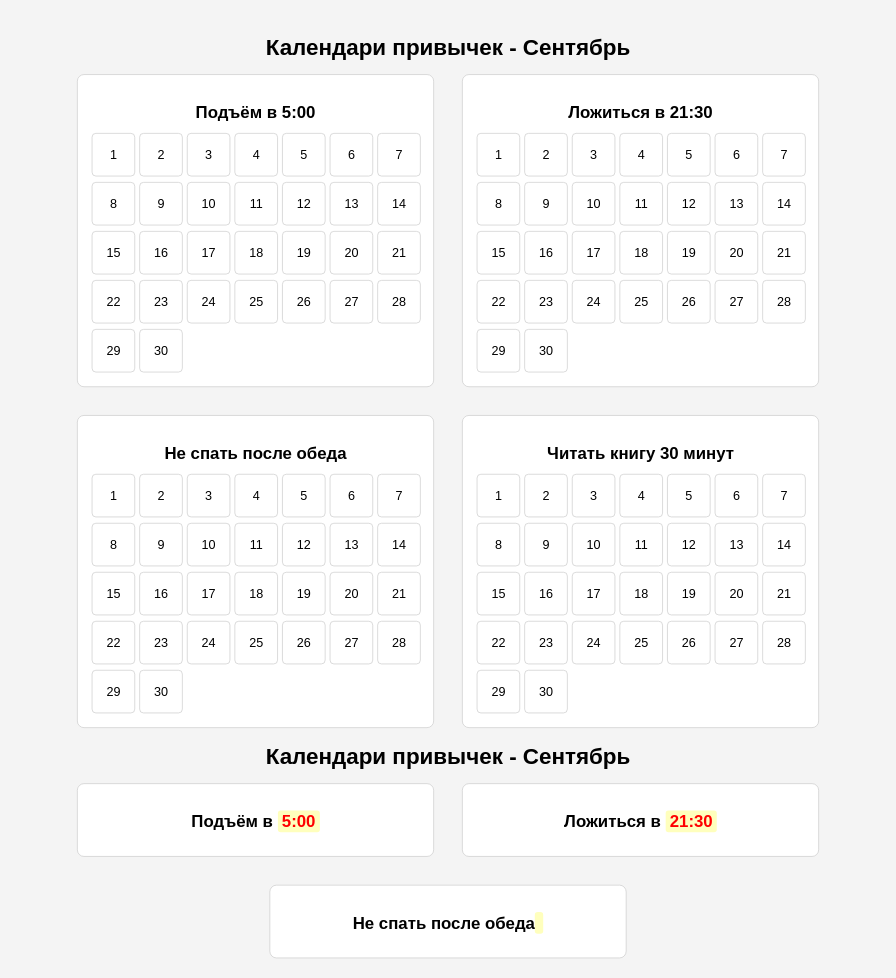
Repository: Pavel1776/doublecalendar
Page: index.html
These files come from the project's save history. The page is drawn as it stood at one moment and after the next save; the edit follows.
The browser window is 1280 px wide. The pictures show the whole page, at 70% of full size.

Above is the page before, as saved 2025-09-18 04:38:17.
Console error: SyntaxError: Identifier 'daysInSeptember' has already been declared

### index.html
<!DOCTYPE html>
<html lang="ru">

<head>
  <meta charset="UTF-8" />
  <meta name="viewport" content="width=device-width, initial-scale=1.0" />
  <title>Календари привычек</title>
  <link href="style.css" rel="stylesheet" />
</head>

<body>
  <h1>Календари привычек - Сентябрь</h1>

  <div class="calendars-container" id="calendars"></div>

  <script src="script.js"></script>
</body>

</html>
<!DOCTYPE html>
<html lang="ru">

<head>
  <meta charset="UTF-8" />
  <meta name="viewport" content="width=device-width, initial-scale=1.0" />
  <link href="style.css" rel="stylesheet" />
  <title>Календари привычек</title>
</head>

<body>

  <h1>Календари привычек - Сентябрь</h1>

  <div class="calendars-container">
    <!-- Первый календарь -->
    <div class="calendar">
      <h2>Подъём в <span class="highlight">5:00</span></h2>
      <div class="calendar-grid" id="calendar1"></div>
    </div>

    <!-- Второй календарь -->
    <div class="calendar">
      <h2>Ложиться в <span class="highlight">21:30</span></h2>
      <div class="calendar-grid" id="calendar2"></div>
    </div>
    <!-- Третий календарь -->
    <div class="calendar">
      <h2>Не спать после обеда <span class="highlight"></span></h2>
      <div class="calendar-grid" id="calendar3"></div>
    </div>
  </div>


  <script src="script.js"></script>
</body>

</html>

### style.css
body {
  font-family: Arial, sans-serif;
  background: #f4f4f4;
  display: flex;
  flex-direction: column;
  align-items: center;
  padding: 20px;
}

h1 {
  margin-bottom: 20px;
}

.calendars-container {
  display: flex;
  justify-content: center;
  gap: 40px;         /* расстояние между календарями */
  flex-wrap: wrap;    /* перенос, если не помещаются */
}

.calendar {
  background: #fff;
  border: 1px solid #ccc;
  border-radius: 10px;
  padding: 20px;
  text-align: center;
  min-width: 460px;
}

.calendar h2 {
  margin-bottom: 15px;
}

.calendar-grid {
  display: grid;
  grid-template-columns: repeat(7, 60px);
  gap: 8px;
}

.day {
  width: 60px;
  height: 60px;
  display: flex;
  align-items: center;
  justify-content: center;
  background: white;
  border: 1px solid #ccc;
  font-size: 18px;
  cursor: pointer;
  position: relative;
  user-select: none;
  border-radius: 6px;
}

/* ✔ зелёная галочка */
.day.success::after {
  content: "✔";
  color: white;
  background-color: rgba(0, 200, 0, 0.6);
  border-radius: 50%;
  width: 60px;
  height: 60px;
  display: flex;
  align-items: center;
  justify-content: center;
  font-size: 30px;
  position: absolute;
  top: 0;
  left: 0;
  pointer-events: none;
  font-family: Arial, sans-serif;
}

/* ✖ красный крестик */
.day.fail::after {
  content: "✖";
  color: rgba(255, 0, 0, 0.6);
  font-size: 40px;
  position: absolute;
  top: 50%;
  left: 50%;
  transform: translate(-50%, -50%);
  pointer-events: none;
  font-family: Arial, sans-serif;
}

.highlight {
  font-weight: bold;
  color: red;
  background-color: rgba(255, 255, 0, 0.26);
  padding: 2px 6px;
  border-radius: 4px;
}

### script.js
const daysInSeptember = 30;

// ✅ Список привычек — только названия!
const habits = [
  "Подъём в 5:00",
  "Ложиться в 21:30",
  "Не спать после обеда",
  "Читать книгу 30 минут"
];

// Функция для генерации ID на основе названия
function generateId(title) {
  return title.toLowerCase().replace(/\s+/g, "_");
}

// Функция рендеринга календаря
function renderCalendar(title) {
  const container = document.getElementById("calendars");

  // создаём блок календаря
  const calendarWrapper = document.createElement("div");
  calendarWrapper.classList.add("calendar");

  // заголовок
  const h2 = document.createElement("h2");
  h2.textContent = title;
  calendarWrapper.appendChild(h2);

  // сетка
  const grid = document.createElement("div");
  grid.classList.add("calendar-grid");
  calendarWrapper.appendChild(grid);

  container.appendChild(calendarWrapper);

  // уникальный ключ для localStorage
  const storageKey = generateId(title);
  let dayStatus = JSON.parse(localStorage.getItem(storageKey)) || {};

  // рендерим дни
  for (let i = 1; i <= daysInSeptember; i++) {
    const day = document.createElement("div");
    day.classList.add("day");
    day.textContent = i;

    if (dayStatus[i] === "success") day.classList.add("success");
    if (dayStatus[i] === "fail") day.classList.add("fail");

    day.addEventListener("click", () => {
      if (day.classList.contains("success")) {
        day.classList.remove("success");
        day.classList.add("fail");
        dayStatus[i] = "fail";
      } else if (day.classList.contains("fail")) {
        day.classList.remove("fail");
        delete dayStatus[i];
      } else {
        day.classList.add("success");
        dayStatus[i] = "success";
      }

      localStorage.setItem(storageKey, JSON.stringify(dayStatus));
    });

    grid.appendChild(day);
  }
}

// Рендерим все календари из списка habits
habits.forEach(title => renderCalendar(title));

After the next save:
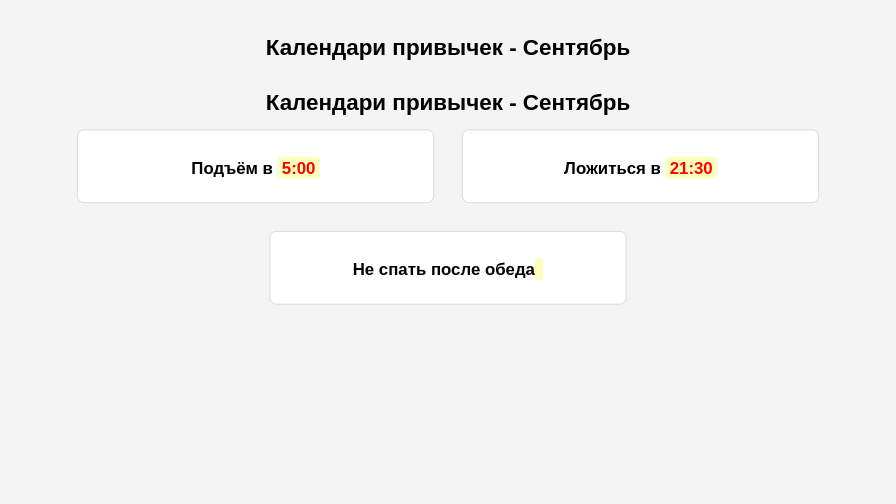
Console error: SyntaxError: Unexpected string
Saved 80 s later.
--- a/script.js
+++ b/script.js
@@ -5,6 +5,7 @@
   "Подъём в 5:00",
   "Ложиться в 21:30",
   "Не спать после обеда",
+  "Читать книгу 30 минут"
   "Читать книгу 30 минут"
 ];
 

After the save that followed:
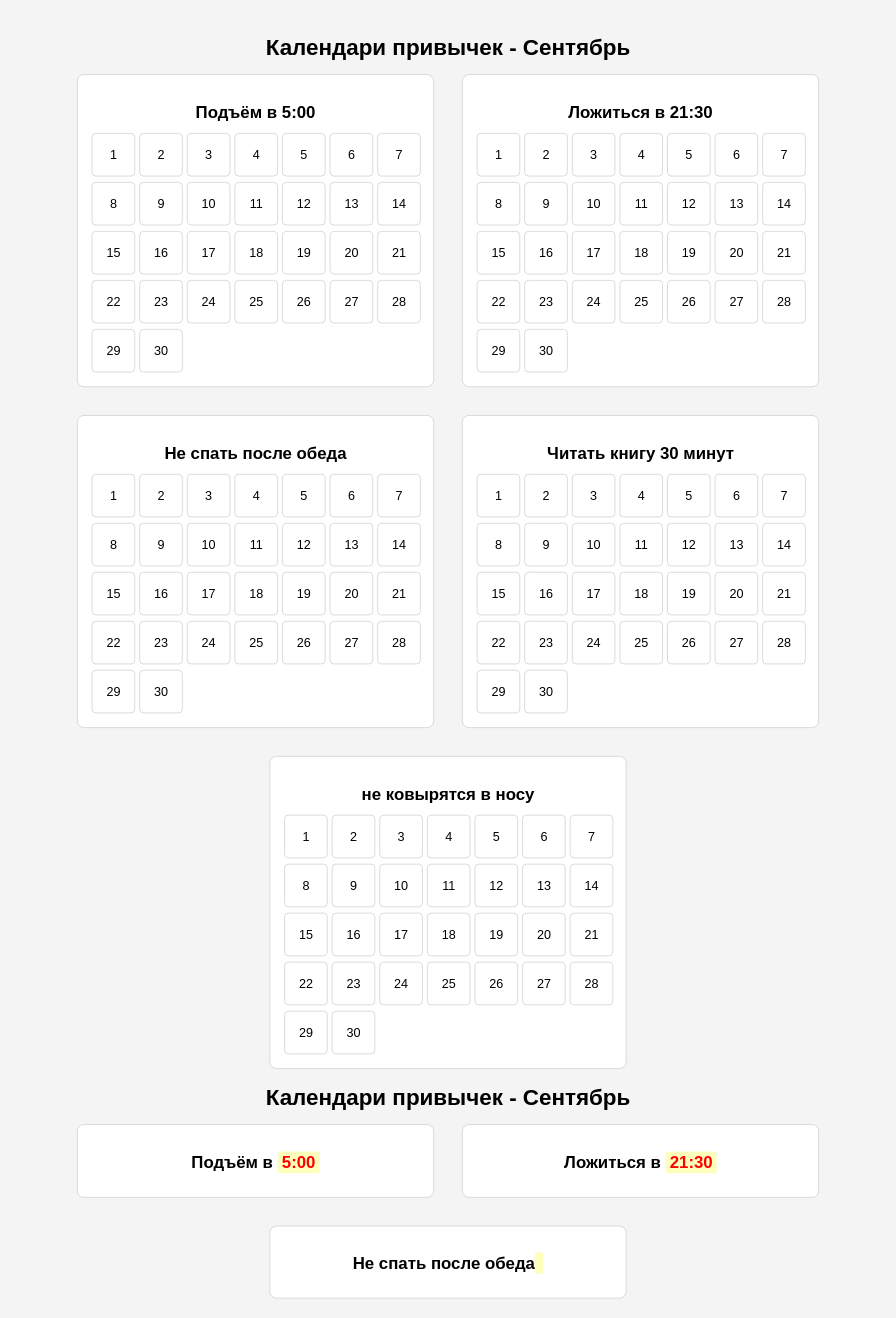
Console error: SyntaxError: Identifier 'daysInSeptember' has already been declared
Saved 48 s later.
--- a/script.js
+++ b/script.js
@@ -5,8 +5,8 @@
   "Подъём в 5:00",
   "Ложиться в 21:30",
   "Не спать после обеда",
-  "Читать книгу 30 минут"
-  "Читать книгу 30 минут"
+  "Читать книгу 30 минут",
+  "не ковырятся  в носу"
 ];
 
 // Функция для генерации ID на основе названия
